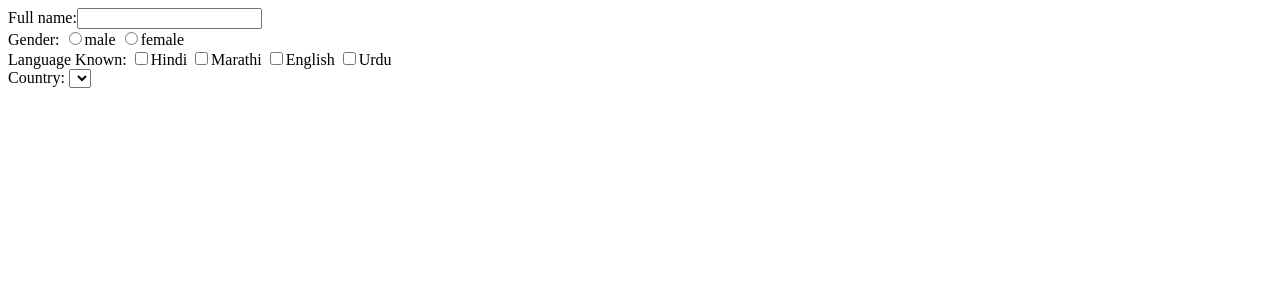
Repository: riishraj1821/Learning-with-maven
Page: http://localhost/form_under_JSP/form.jsp
These files come from the project's save history. The page is drawn as it stood at one moment and after the next save; the edit follows.
The browser window is 1280 px wide. The pictures show the whole page.
The page is served by Tomcat 9.

Above is the page before, as saved 2024-10-08 11:33:58.

### form_under_JSP/src/main/webapp/form.jsp
<%@ page language="java" contentType="text/html; charset=UTF-8"
    pageEncoding="UTF-8"%>
<!DOCTYPE html>
<html>
<head>
<meta charset="UTF-8">
<title>form</title>
</head>
<body>
<form action="submit.jsp" method="post">
Full name:<input type="text" name="name"/><br/>
Gender:	<input type="radio" name="gender" value="male"/>male
		<input type="radio" name="gender" value="female"/>female<br/>
Language Known: <input type="checkbox" name="language" value="hindi"/>Hindi
				<input type="checkbox" name="language" value="marathi"/>Marathi
				<input type="checkbox" name="language" value="urdu"/>English
				<input type="checkbox" name="language" value="urdu"/>Urdu<br/>
Country: <select name="country">
				<option></option>
		</select>

</form>
</body>
</html>

After the next save:
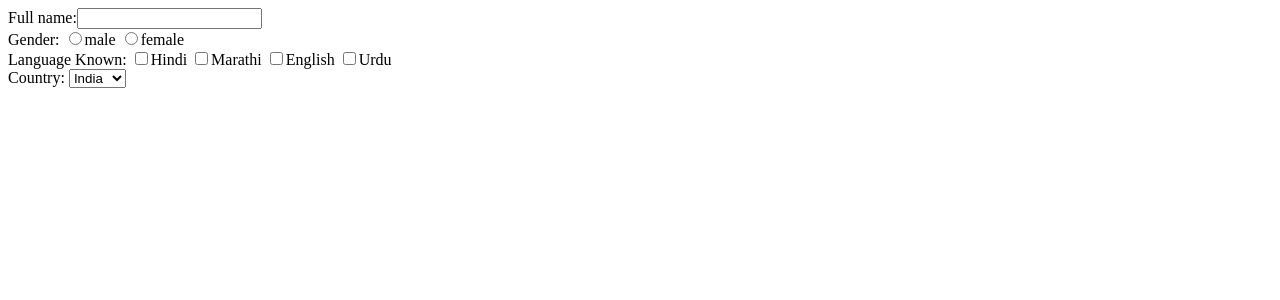
Saved 61 s later.
--- a/form_under_JSP/src/main/webapp/form.jsp
+++ b/form_under_JSP/src/main/webapp/form.jsp
@@ -16,7 +16,10 @@ Language Known: <input type="checkbox" name="language" value="hindi"/>Hindi
 				<input type="checkbox" name="language" value="urdu"/>English
 				<input type="checkbox" name="language" value="urdu"/>Urdu<br/>
 Country: <select name="country">
-				<option></option>
+				<option value="India">India</option>
+				<option value="Iran">Iran</option>
+				<option value="USA">USA</option>
+				<option value="Dubai">Dubai</option>
 		</select>
 
 </form>
